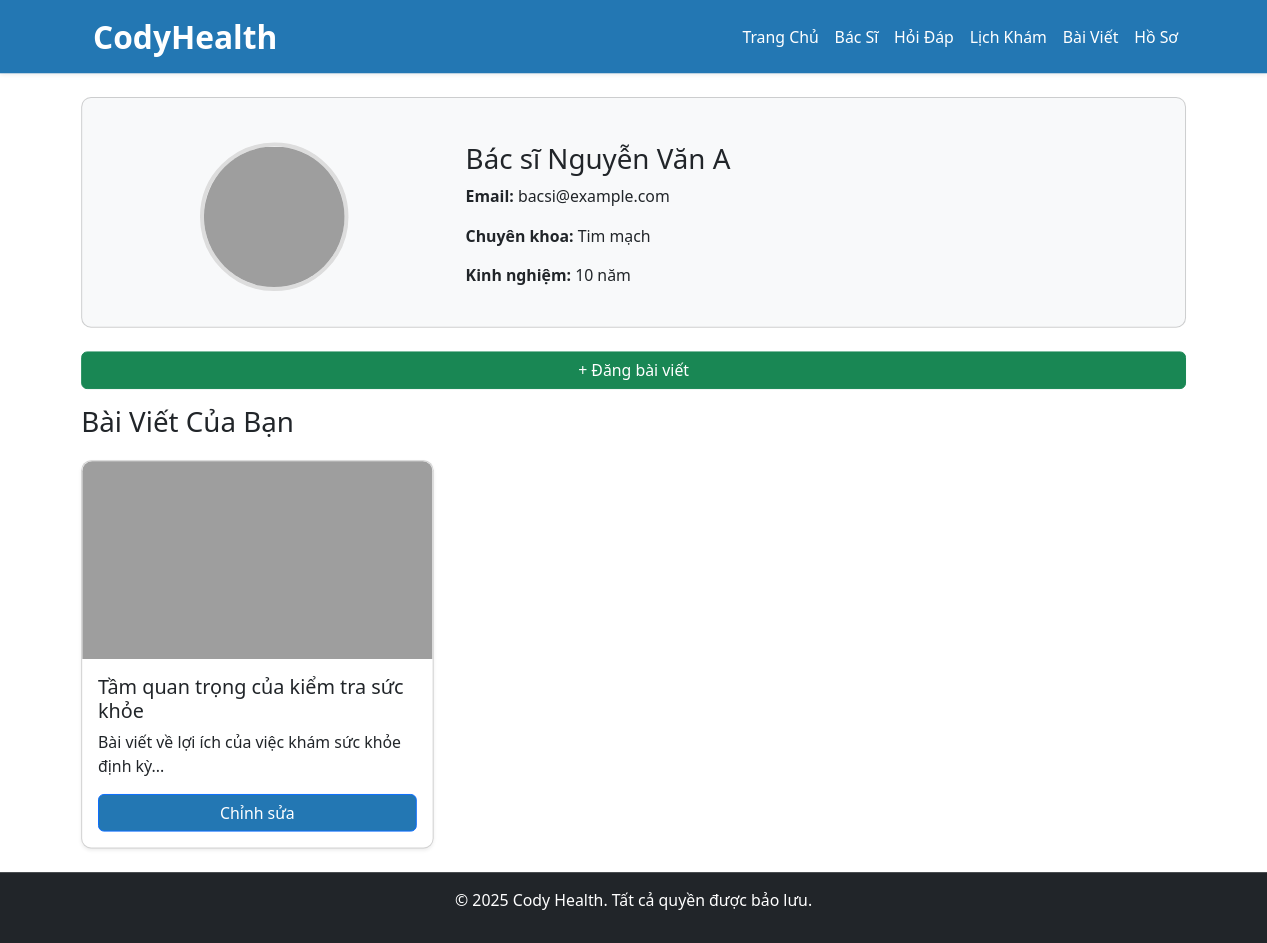
Repository: JonesKhaii/CodySocial
Page: tests/web-test/account.html
The author's editor kept a copy of each file at every save. The page is drawn from the files as they stood at one save, then again after the next save.
The browser window is 1280 px wide. The pictures show the whole page, at 99% of full size.
Pictures or frames that could not be fetched are drawn as grey boxes.

Above is the page before, as saved 2025-02-10 01:51:36.

### tests/web-test/account.html
<!DOCTYPE html>
<html lang="vi">
    <head>
        <title>Hồ Sơ Bác Sĩ</title>
        <meta charset="UTF-8" />
        <meta name="viewport" content="width=device-width, initial-scale=1.0" />
        <link
            href="https://cdn.jsdelivr.net/npm/bootstrap@5.2.3/dist/css/bootstrap.min.css"
            rel="stylesheet"
        />
        <link rel="stylesheet" href="asset/css/mystyle.css" />
        <script src="https://code.jquery.com/jquery-3.6.1.min.js"></script>
    </head>

    <body>
        <header
            class="navbar navbar-expand-lg navbar-light bg-primary shadow-sm"
        >
            <div class="container">
                <a class="navbar-brand fs-2 text-white" href="index.html"
                    >CodyHealth</a
                >
                <button
                    class="navbar-toggler"
                    type="button"
                    data-bs-toggle="collapse"
                    data-bs-target="#navbarNav"
                >
                    <span class="navbar-toggler-icon"></span>
                </button>
                <div class="collapse navbar-collapse" id="navbarNav">
                    <ul class="navbar-nav ms-auto">
                        <li class="nav-item">
                            <a class="nav-link text-white" href="index.html"
                                >Trang Chủ</a
                            >
                        </li>
                        <li class="nav-item">
                            <a class="nav-link text-white" href="#">Bác Sĩ</a>
                        </li>
                        <li class="nav-item">
                            <a class="nav-link text-white" href="#">Hỏi Đáp</a>
                        </li>
                        <li class="nav-item">
                            <a class="nav-link text-white" href="#"
                                >Lịch Khám</a
                            >
                        </li>
                        <li class="nav-item">
                            <a class="nav-link text-white" href="#">Bài Viết</a>
                        </li>
                        <li class="nav-item">
                            <a class="nav-link text-white active" href="#"
                                >Hồ Sơ</a
                            >
                        </li>
                    </ul>
                </div>
            </div>
        </header>

        <div class="container mt-4">
            <!-- Hồ sơ bác sĩ -->
            <div class="card profile-card p-4 mb-4">
                <div class="row">
                    <div class="col-md-4 text-center">
                        <img
                            src="asset/images/doctor.jpg"
                            class="profile-img rounded-circle"
                            alt="Bác sĩ"
                        />
                    </div>
                    <div class="col-md-8">
                        <h3>Bác sĩ Nguyễn Văn A</h3>
                        <p><strong>Email:</strong> bacsi@example.com</p>
                        <p><strong>Chuyên khoa:</strong> Tim mạch</p>
                        <p><strong>Kinh nghiệm:</strong> 10 năm</p>
                    </div>
                </div>
            </div>

            <!-- Nút đăng bài -->
            <button id="togglePostForm" class="btn btn-success w-100 mb-3">
                + Đăng bài viết
            </button>

            <!-- Form đăng bài viết (Ẩn mặc định) -->
            <div
                id="postArticleSection"
                class="card p-4 mb-4"
                style="display: none"
            >
                <h3>Đăng bài viết mới</h3>
                <form id="postArticleForm">
                    <div class="mb-3">
                        <label for="articleTitle" class="form-label"
                            >Tiêu đề bài viết</label
                        >
                        <input
                            type="text"
                            class="form-control"
                            id="articleTitle"
                            required
                        />
                    </div>
                    <div class="mb-3">
                        <label for="articleCategory" class="form-label"
                            >Chuyên mục</label
                        >
                        <select class="form-select" id="articleCategory">
                            <option>Sức khỏe tổng quát</option>
                            <option>Tim mạch</option>
                            <option>Dinh dưỡng</option>
                            <option>Bệnh lý & Điều trị</option>
                            <option>Sức khỏe tinh thần</option>
                            <option>Chăm sóc người cao tuổi</option>
                            <option>Sức khỏe phụ nữ</option>
                            <option>Sức khỏe nam giới</option>
                        </select>
                    </div>
                    <div class="mb-3">
                        <label for="articleImage" class="form-label"
                            >Hình ảnh</label
                        >
                        <input
                            type="file"
                            class="form-control"
                            id="articleImage"
                        />
                    </div>
                    <div class="mb-3">
                        <label for="articleContent" class="form-label"
                            >Nội dung</label
                        >
                        <textarea
                            class="form-control"
                            id="articleContent"
                            rows="4"
                            required
                        ></textarea>
                    </div>
                    <button type="submit" class="btn btn-primary">
                        Đăng bài viết
                    </button>
                </form>
            </div>

            <!-- Danh sách bài viết đã đăng -->
            <h3 class="mb-3">Bài Viết Của Bạn</h3>
            <div class="row" id="DoctorArticles">
                <div class="col-md-4">
                    <div class="card shadow-sm">
                        <img
                            src="asset/images/post/article1.jpg"
                            class="card-img-top"
                            alt="Bài viết 1"
                        />
                        <div class="card-body">
                            <h5 class="card-title">
                                Tầm quan trọng của kiểm tra sức khỏe
                            </h5>
                            <p class="card-text">
                                Bài viết về lợi ích của việc khám sức khỏe định
                                kỳ...
                            </p>
                            <button class="btn btn-primary w-100">
                                Chỉnh sửa
                            </button>
                        </div>
                    </div>
                </div>
            </div>
        </div>

        <footer class="footer text-white text-center mt-4 p-3 bg-dark">
            <p>© 2025 Cody Health. Tất cả quyền được bảo lưu.</p>
        </footer>

        <script src="asset/js/main.js"></script>
    </body>
</html>

### tests/web-test/asset/css/mystyle.css
.btn-primary {
    background-color: #2377b3 !important;
}
header.bg-primary {
    background-color: #2377b3 !important;
}
.navbar-toggler {
    border-color: #fff; /* Đổi màu viền thành trắng */
}

.navbar-toggler-icon {
    filter: invert(1); /* Đảo màu từ đen sang trắng */
}

/*General*/
h1 {
    color: #05223c;
    font-weight: bold;
}

h4 {
    color: #05223c;
    font-weight: bold;
}

.container-fluid {
    margin-top: 4%;
    margin-bottom: 2%;
}

.col-4 > p {
    margin-top: 3%;
    margin-bottom: 1%;
}

.col-4 > p > ol {
    margin-bottom: 1%;
}

.row {
    margin-top: 2% !important;
}

.col-12 > h1 {
    text-align: center;
}
/*End General*/

/*Header*/
header > .navbar {
    padding: 0px;
    border-top: 10px solid #747474;
    border-bottom: 10px solid #747474;
}

.Header {
    background-color: #747474;
    padding: 0px;
    margin: 0px;
}

#navbarSupportedContent {
    flex-grow: 0;
}

.navbar-toggler {
    margin-right: 12px;
    float: right;
}
header .navbar-brand {
    font-weight: 700;
    margin-left: 12px;
    width: 40px;
}
/*End Header*/

/* Dãy banner nhỏ */
.small-banner {
    width: 100%;
    height: 120px;
    object-fit: cover;
    border-radius: 10px;
    transition: transform 0.3s ease-in-out;
}

.small-banner:hover {
    transform: scale(1.05);
}

/*Body*/
form.nosubmit {
    border: none;
    padding: 0;
}

input.nosubmit {
    border-radius: 10px;
    width: 98%;
    border: 1px solid #555;
    display: block;
    padding: 9px 4px 9px 40px;
    background: transparent
        url("data:[embedded picture, 348 characters]")
        no-repeat 13px center;
}

#Ordem > option,
#Genero > option {
    text-align: left;
}

#Ordem,
#Genero {
    margin-right: 4%;
    float: right;
    border: 1px solid black;
    color: #5b5b5b;
    font-weight: bold;
}

#Games > div > img {
    width: 100%;
    height: 250px;
}

#Games > div {
    margin-top: 2%;
}

#Games > div > a {
    margin-top: 1.5%;
    color: black;
    text-decoration: none;
    font-size: 1.25rem;
    margin-top: 0;
    margin-bottom: 0.5rem;
    font-weight: 500;
    line-height: 1.2;
}

#Games > div > a:hover {
    color: gray;
}

#Publisher > div > img {
    width: 100%;
    height: 250px;
}

#Desc > img {
    height: 450px;
}

/* Ảnh của bài viếtviết */

.card {
    border-radius: 10px;
    transition: transform 0.3s ease-in-out;
}

.card:hover {
    transform: scale(1.03);
}

.card-img-top {
    height: 200px;
    object-fit: cover;
    border-top-left-radius: 10px;
    border-top-right-radius: 10px;
}

/* Tác giả nổi bật */
#PopularAuthors {
    display: flex;
    flex-wrap: wrap;
    justify-content: center;
}

.author-card {
    background-color: #f8f9fa;
    border-radius: 10px;
    padding: 15px;
    text-align: center;
    margin: 10px;
    transition: transform 0.3s ease-in-out;
    width: 220px;
}

.author-card:hover {
    transform: scale(1.05);
}

.author-card img {
    width: 80px;
    height: 80px;
    border-radius: 50%;
    margin-bottom: 10px;
}

.author-card h5 {
    font-size: 18px;
    font-weight: bold;
}

.author-card p {
    font-size: 14px;
    color: #6c757d;
}

/*Footer*----------------------------------------------------------------------------------------------------------/
/* Footer */
.footer {
    background-color: #2377b3; /* Màu xanh chủ đạo */
    padding: 30px 0;
    font-size: 16px;
}

/* Tiêu đề */
.footer h4 {
    font-size: 20px;
    font-weight: bold;
    margin-bottom: 10px;
}

/* Mạng xã hội */
.social-icons a {
    display: inline-block;
    margin: 0 10px;
    transition: transform 0.3s ease-in-out;
}

.social-icons img {
    width: 30px;
    height: 30px;
}

.social-icons a:hover {
    transform: scale(1.2);
}

/* Bản quyền */
.copyright {
    border-top: 1px solid rgba(255, 255, 255, 0.2);
    padding-top: 15px;
    font-size: 14px;
}

/* Hồ sơ bác sĩ */
.profile-card {
    border-radius: 10px;
    background-color: #f8f9fa;
}
.profile-img {
    width: 150px;
    height: 150px;
    object-fit: cover;
    border: 4px solid #ddd;
}

/* Bài viết đã đăng */
.card {
    transition: transform 0.3s ease-in-out;
}
.card:hover {
    transform: scale(1.03);
}

/* RESPONSIVE ----------------------------------------------------------------------------------------------------------------*/
@media (max-width: 1200px) {
    #Games > div > img {
        height: 180px;
    }
    #Publisher > div > img {
        height: 180px;
    }
}

@media (max-width: 1065px) {
    #Desc > img {
        height: 450px;
    }
}

@media (max-width: 990px) {
    #Desc > img {
        height: 370px;
    }
}

@media (max-width: 768px) {
    #Games > div > img {
        height: 250px;
    }
    #Publisher > div > img {
        height: 250px;
    }
    #Desc > img {
        height: 270px;
    }
}

@media (max-width: 610px) {
    #Desc > img {
        height: 230px;
    }
}

@media (max-width: 450px) {
    #Games > div > img {
        height: 180px;
    }
    #Publisher > div > img {
        height: 180px;
    }
    #Desc > img {
        height: 180px;
    }
}

@media (max-width: 350px) {
    #Desc > img {
        height: 140px;
    }
}

@media (max-width: 990px) {
    #About > div > div > div > #Ico {
        width: 6%;
    }
    #About > div > div > div > #Social {
        width: 8%;
    }
}

@media (max-width: 760px) {
    #About > div > div > div > #Ico {
        width: 8%;
    }
    #About > div > div > div > #Social {
        width: 10%;
    }
}

footer {
    background-color: #b2b2b2;
    font-size: small;
    width: 100%;
}

footer > div > img {
    float: right;
    padding-right: 15px;
}
/*Fim Footer*/

### tests/web-test/asset/js/main.js
$(document).ready(function () {
    loadArticles(false, window.screen.width);
});

// Biến đếm số trang để tải thêm bài viết
var countArticles = 1;

// Sự kiện khi nhấn nút "Tải thêm bài viết"
$("#PlusArticles").click(function () {
    countArticles += 1;
    loadArticles(false, window.screen.width);
});

// Sự kiện khi nhấn nút "Thu gọn bài viết"
$("#CollapseArticles").click(function () {
    countArticles = 1;
    loadArticles(true, window.screen.width);
    $("#CollapseArticles").hide(); // Ẩn nút "Thu gọn bài viết" sau khi reset danh sách
});

// Sự kiện thay đổi thể loại bài viết
$("#Genero").on('change', function () {
    countArticles = 1;
    loadArticles(true, window.screen.width);
});

// Sự kiện tìm kiếm bài viết
$('#Pesquisar').on('input', function () {
    countArticles = 1;
    loadArticles(true, window.screen.width);
});

// Hàm tải bài viết từ file JSON
function loadArticles(clearArticles, w_width) {
    if (clearArticles) {
        $("#Articles").empty();
        countArticles = 1; // Reset số trang khi tìm kiếm hoặc lọc thể loại
    }

    $.getJSON("asset/js/articles.json", function (data) {
        let selectedCategory = $("#Genero option:selected").text(); // Lấy thể loại được chọn

        // Nếu không phải "Tất cả", lọc bài viết theo thể loại
        if (selectedCategory !== "Tất cả") {
            data = data.filter(article => article.category === selectedCategory);
        }

        let startIndex = (countArticles - 1) * 6; // Lấy tiếp 6 bài mới khi tải thêm
        let articlesToShow = data.slice(startIndex, startIndex + 6);

        articlesToShow.forEach(article => {
            let articleHtml = `
                <div class="col-md-4">
                    <div class="card mb-3 shadow-sm mt-3">
                        <img src="${article.image}" class="card-img-top" alt="${article.title}">
                        <div class="card-body">
                            <h5 class="card-title">${article.title}</h5>
                            <h6 class="card-subtitle mb-2 text-muted">${article.category}</h6>
                            <p class="card-text">${article.content.substring(0, 100)}...</p>
                            <p class="card-text"><small class="text-muted">Tác giả: ${article.author} - ${article.published_date}</small></p>
                            <a href="article-detail.html?id=${article.id}" class="btn btn-primary">Xem chi tiết</a>
                        </div>
                    </div>
                </div>
            `;
            $("#Articles").append(articleHtml);
        });

        // Ẩn nút "Tải thêm bài viết" nếu không còn bài mới
        if (startIndex + 6 >= data.length) {
            $("#PlusArticles").hide();
        } else {
            $("#PlusArticles").show();
        }

        // Hiển thị nút "Thu gọn bài viết" nếu có nhiều bài viết
        if (countArticles > 1) {
            $("#CollapseArticles").show();
        } else {
            $("#CollapseArticles").hide();
        }
    }).fail(function () {
        console.error("Không thể tải dữ liệu từ articles.json");
    });
}

// Hàm xác định số cột hiển thị dựa trên kích thước màn hình
function getColumnSize(w_width) {
    if (w_width <= 768) return 12;  // 1 cột trên màn hình nhỏ
    if (w_width > 768 && w_width <= 990) return 6; // 2 cột trên màn hình trung bình
    return 4; // 3 cột trên màn hình lớn
}

// Hàm điều chỉnh bố cục khi thay đổi kích thước cửa sổ
function adjustLayout(width) {
    $('#Articles').children().each(function () {
        $(this).attr('class', `col-${getColumnSize(width)}`);
    });
}

// Tải danh sách tác giả
document.addEventListener("DOMContentLoaded", function () {
    loadPopularAuthors();
});

function loadPopularAuthors() {
    fetch("asset/js/authors.json")
        .then(response => response.json())
        .then(authors => {
            const authorsContainer = document.getElementById("PopularAuthors");
            authorsContainer.innerHTML = "";

            authors.forEach(author => {
                const authorCard = `
                    <div class="col-md-3">
                        <a href="author-detail.html?id=${author.id}" class="text-decoration-none text-dark">
                            <div class="card shadow-sm p-3 text-center author-card">
                                <img src="${author.image}" alt="${author.name}" class="rounded-circle mb-2" style="width: 80px; height: 80px;">
                                <h5>${author.name}</h5>
                                <p class="text-muted">${author.field}</p>
                            </div>
                        </a>
                    </div>
                `;
                authorsContainer.innerHTML += authorCard;
            });
        })
        .catch(error => console.error("Không thể tải dữ liệu từ authors.json", error));
}


// Form đăng bài viết
$(document).ready(function () {
    $("#togglePostForm").click(function () {
        $("#postArticleSection").slideToggle();
    });
});

### tests/web-test/asset/js/authors.json
[
    {
        "id": 1,
        "name": "Bác sĩ Nguyễn Văn A",
        "field": "Chuyên gia Tim mạch",
        "image": "asset/images/users/doctor1.jpeg"
    },
    {
        "id": 2,
        "name": "Bác sĩ Trần Thị B",
        "field": "Chuyên gia Dinh dưỡng",
        "image": "asset/images/users/doctor1.jpeg"
    },
    {
        "id": 3,
        "name": "Bác sĩ Lê Hồng C",
        "field": "Bác sĩ Nội khoa",
        "image": "asset/images/users/doctor1.jpeg"
    },
    {
        "id": 4,
        "name": "Giáo sư Phạm Văn D",
        "field": "Nghiên cứu Y tế",
        "image": "asset/images/users/doctor1.jpeg"
    },
    {
        "id": 5,
        "name": "Tiến sĩ Hoàng Minh E",
        "field": "Chuyên gia Bệnh truyền nhiễm",
        "image": "asset/images/users/doctor1.jpeg"
    },
    {
        "id": 6,
        "name": "Bác sĩ Lê Văn F",
        "field": "Chăm sóc người cao tuổi",
        "image": "asset/images/users/doctor1.jpeg"
    },
    {
        "id": 7,
        "name": "Bác sĩ Nguyễn Thị G",
        "field": "Chuyên gia Sức khỏe phụ nữ",
        "image": "asset/images/users/doctor1.jpeg"
    },
    {
        "id": 8,
        "name": "Bác sĩ Phan Quốc H",
        "field": "Chuyên gia Sức khỏe nam giới",
        "image": "asset/images/users/doctor1.jpeg"
    }
]

Loaded but not shown: tests/web-test/asset/js/articles.json (137 lines, source omitted)

After the next save:
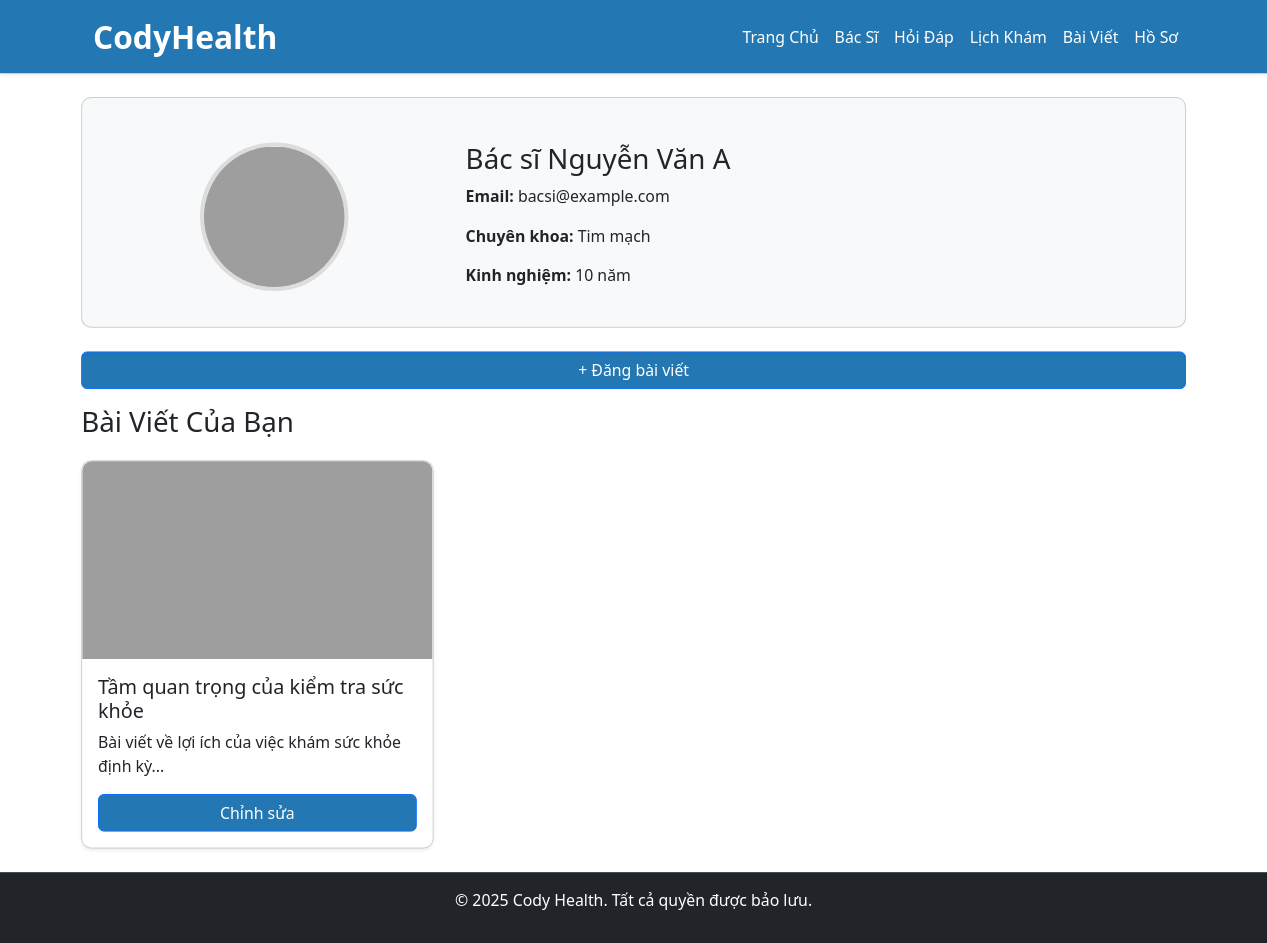
Saved 48 s later.
--- a/tests/web-test/account.html
+++ b/tests/web-test/account.html
@@ -80,7 +80,7 @@
             </div>
 
             <!-- Nút đăng bài -->
-            <button id="togglePostForm" class="btn btn-success w-100 mb-3">
+            <button id="togglePostForm" class="btn btn-primary w-100 mb-3">
                 + Đăng bài viết
             </button>
 
